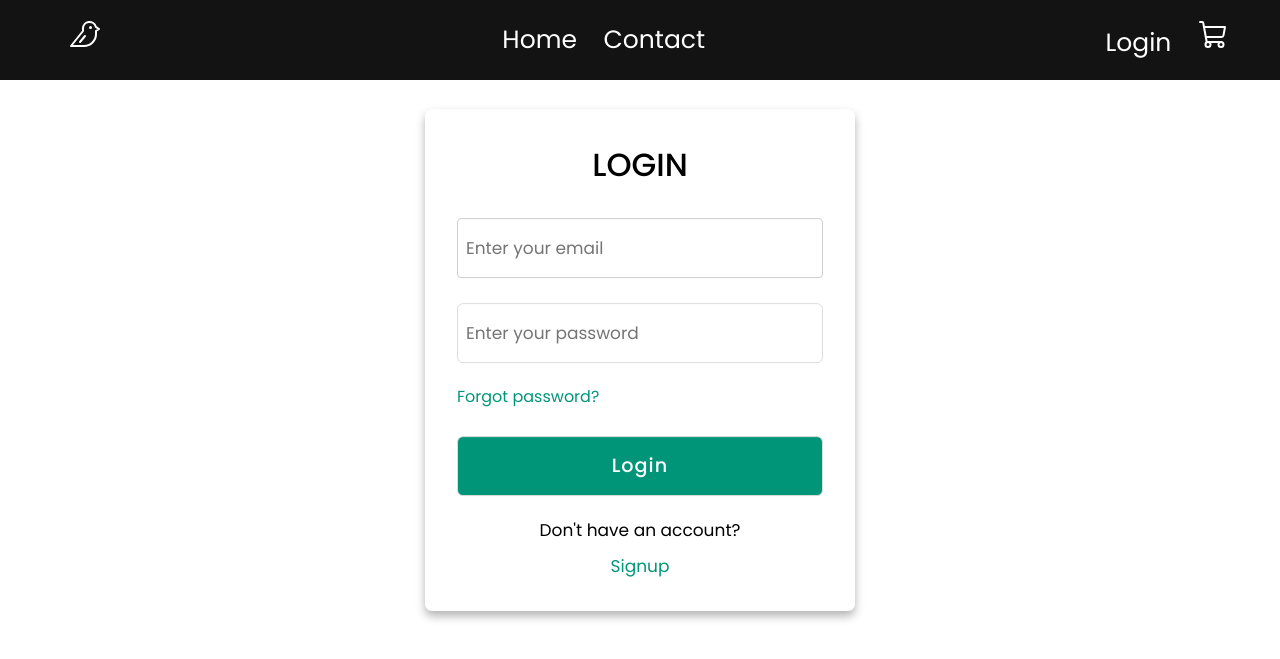
Repository: hoangdanh2/swp301
Page: /register
An editor plug-in stored every save of this project. The page is shown before and after the next save, followed by the edit.
The browser window is 1280 px wide. The pictures show the whole page.
The project was rebuilt for these pictures with package versions that can differ from the ones it lists, and the page was loaded fresh each time. Also part of the build but not shown: src/pages/shop/product.jsx, src/pages/shop/shop.css, src/pages/shop/shop.jsx, src/pages/contact/contact.jsx, src/pages/cart/cart-item.jsx, src/pages/cart/cart.css, src/pages/cart/cart.jsx.

Above is the page before, as saved 2023-05-29 10:21:06.

After the next save:
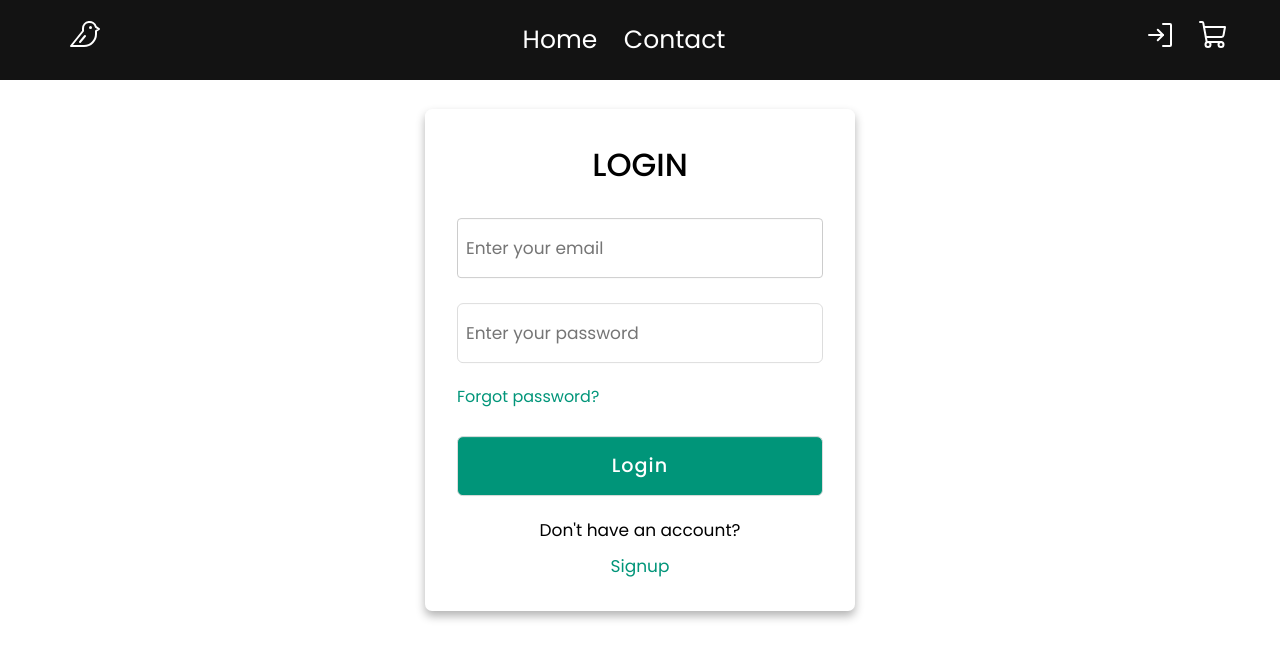
Saved 65 s later.
--- a/src/components/navbar.jsx
+++ b/src/components/navbar.jsx
@@ -1,6 +1,6 @@
 import React from "react";
 import { Link } from "react-router-dom";
-import { ShoppingCart, Bird } from "phosphor-react";
+import { ShoppingCart, Bird, SignIn } from "phosphor-react";
 import "./navbar.css";
 
 export const Navbar = () => {
@@ -17,7 +17,9 @@ export const Navbar = () => {
           <Link to="/contact"> Contact</Link>
         </div>
         <div className="end">
-          <Link to="/register"> Login </Link>
+            <Link to="/register">
+                <SignIn size={32}/>
+            </Link>
           <Link to="/cart">
             <ShoppingCart size={32} />
           </Link>
